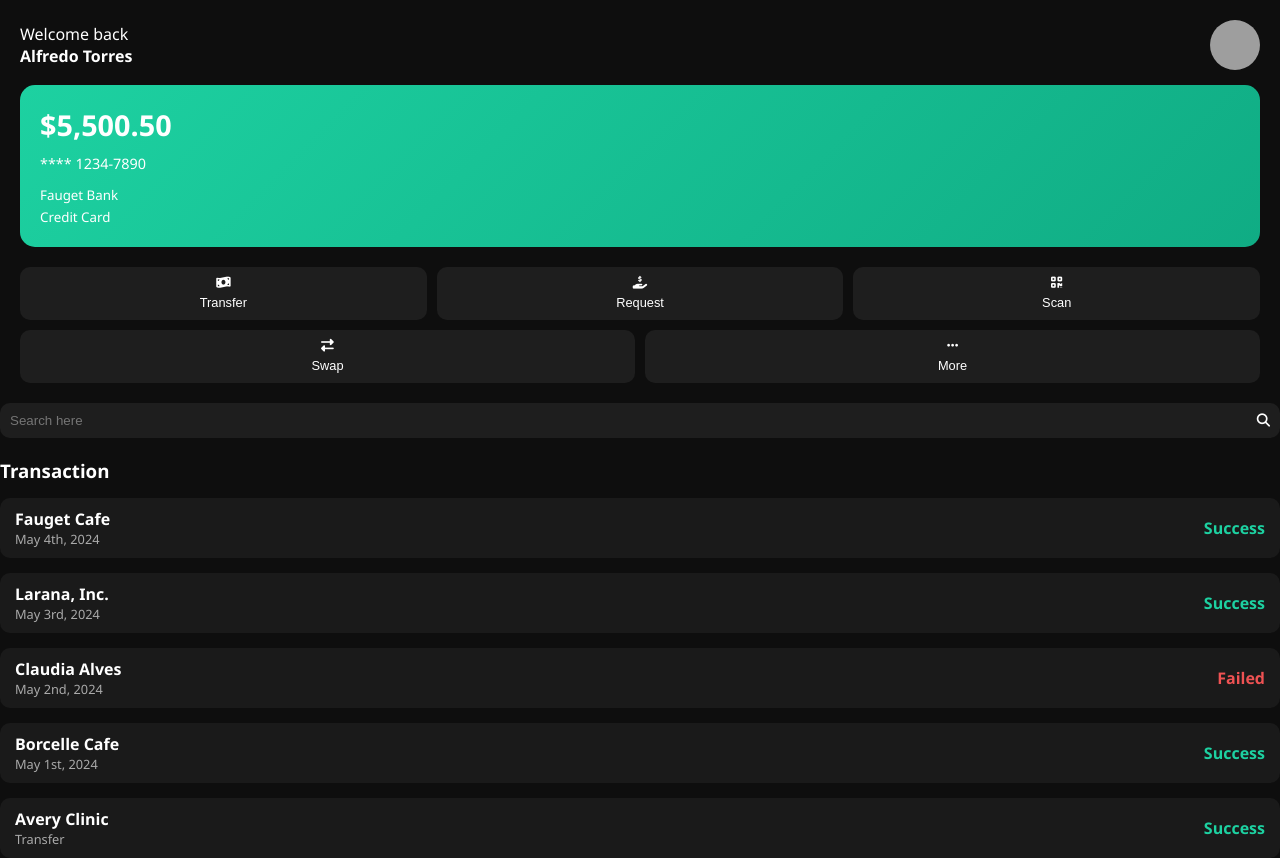
Repository: trenzyfx1/Wells-fargo-bank
Page: homepage.html
These files come from the project's save history. The page is drawn as it stood at one moment and after a run of saves; the edit follows.
The browser window is 1280 px wide. The pictures show the whole page.
Pictures or frames that could not be fetched are drawn as grey boxes. Some web libraries are served in a nearby version.

Above is the page before, as saved 2025-06-19 18:50:43.

### homepage.html
<!DOCTYPE html>
<html lang="en">

<head>
    <meta charset="UTF-8" />
    <meta name="viewport" content="width=device-width, initial-scale=1.0" />
    <title>Dashboard</title>
    <link rel="stylesheet" href="./CSS/homepage.css">
    <script src="https://kit.fontawesome.com/a2e8f1a1b0.js" crossorigin="anonymous"></script>
</head>

<body>
    <div class="dashboard">
        <!-- RIGHT (Profile, Balance, Actions) -->
        <div class="right-panel">
            <div class="profile">
                <p>Welcome back<br><strong>Alfredo Torres</strong></p>
                <img src="profile.jpg" alt="User" />
            </div>

            <div class="balance-card">
                <p class="balance">$5,500.50</p>
                <p class="card-info">**** 1234-7890</p>
                <small>Fauget Bank<br>Credit Card</small>
            </div>

            <div class="actions">
                <button><i class="fas fa-money-bill-wave"></i><span>Transfer</span></button>
                <button><i class="fas fa-hand-holding-usd"></i><span>Request</span></button>
                <button><i class="fas fa-qrcode"></i><span>Scan</span></button>
                <button><i class="fas fa-exchange-alt"></i><span>Swap</span></button>
                <button><i class="fas fa-ellipsis-h"></i><span>More</span></button>
            </div>
        </div>
    </div>

    <!-- LEFT (Transactions) -->
        <div class="left-panel">
            <div class="search-bar">
                <input type="text" placeholder="Search here">
                <button><i class="fas fa-search"></i></button>
            </div>

            <div class="transactions">
                <h3>Transaction</h3>
                <div class="transaction">
                    <div>
                        <strong>Fauget Cafe</strong>
                        <p>May 4th, 2024</p>
                    </div>
                    <span class="success">Success</span>
                </div>
                <div class="transaction">
                    <div>
                        <strong>Larana, Inc.</strong>
                        <p>May 3rd, 2024</p>
                    </div>
                    <span class="success">Success</span>
                </div>
                <div class="transaction">
                    <div>
                        <strong>Claudia Alves</strong>
                        <p>May 2nd, 2024</p>
                    </div>
                    <span class="failed">Failed</span>
                </div>
                <div class="transaction">
                    <div>
                        <strong>Borcelle Cafe</strong>
                        <p>May 1st, 2024</p>
                    </div>
                    <span class="success">Success</span>
                </div>
                <div class="transaction">
                    <div>
                        <strong>Avery Clinic</strong>
                        <p>Transfer</p>
                    </div>
                    <span class="success">Success</span>
                </div>
            </div>
        </div>
</body>

</html>

### CSS/homepage.css
* {
    margin: 0;
    padding: 0;
    box-sizing: border-box;
}

body {
    font-family: 'Segoe UI', sans-serif;
    background: #0e0e0e;
    color: white;
}

.dashboard {
    display: flex;
    flex-direction: column;
    gap: 20px;
    padding: 20px;
}

.profile {
    display: flex;
    justify-content: space-between;
    align-items: center;
}

.profile img {
    width: 50px;
    height: 50px;
    border-radius: 50%;
}

.balance-card {
    background: linear-gradient(135deg, #1dd1a1, #10ac84);
    padding: 20px;
    border-radius: 15px;
    color: #fff;
    margin-top: 15px;
}

.balance-card .balance {
    font-size: 1.8rem;
    font-weight: bold;
}

.card-info {
    margin: 10px 0;
    font-size: 0.9rem;
}

.actions {
    display: flex;
    flex-wrap: wrap;
    gap: 10px;
    margin-top: 20px;
}

.actions button {
    background: #1e1e1e;
    border: none;
    color: #fff;
    padding: 10px;
    border-radius: 10px;
    flex: 1 1 28%;
    display: flex;
    flex-direction: column;
    align-items: center;
    font-size: 0.8rem;
    gap: 5px;
    cursor: pointer;
}

.search-bar {
    display: flex;
    margin-bottom: 20px;
}

.search-bar input {
    flex: 1;
    padding: 10px;
    border: none;
    border-radius: 10px 0 0 10px;
    background: #1e1e1e;
    color: white;
}

.search-bar button {
    background: #1e1e1e;
    border: none;
    color: white;
    padding: 10px;
    border-radius: 0 10px 10px 0;
    cursor: pointer;
}

.transactions {
    display: flex;
    flex-direction: column;
    gap: 15px;
}

.transaction {
    background: #1a1a1a;
    padding: 10px 15px;
    border-radius: 10px;
    display: flex;
    justify-content: space-between;
    align-items: center;
}

.transaction p {
    font-size: 0.8rem;
    color: #aaa;
}

.success {
    color: #1dd1a1;
    font-weight: bold;
}

.failed {
    color: #ee5253;
    font-weight: bold;
}

/* Desktop Layout */
@media (min-width: 768px) {
    .dashboard {
        flex-direction: row;
        align-items: flex-start;
        gap: 40px;
    }

    .left-panel {
        flex: 1.5;
    }

    .right-panel {
        flex: 1;
        position: sticky;
        top: 20px;
    }
}

After the next 2 saves:
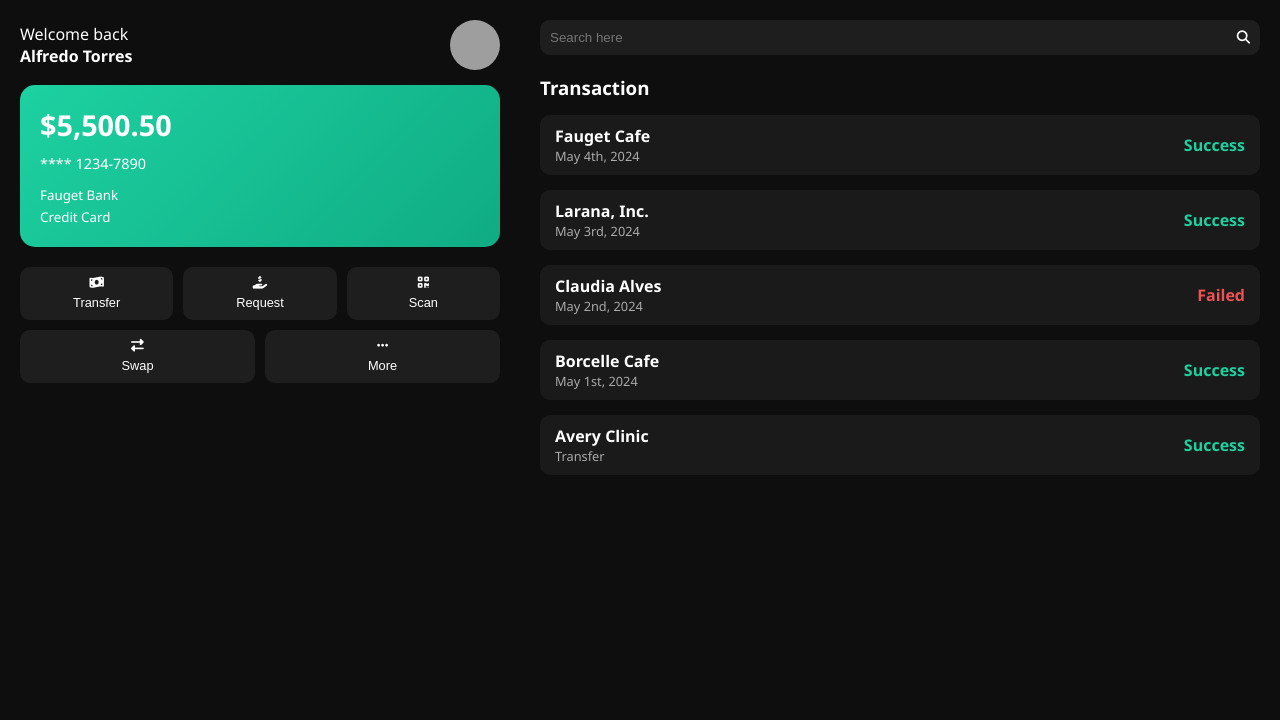
The 2 saves are shown as one change because they came seconds apart.
The last was saved 12 s later.
--- a/homepage.html
+++ b/homepage.html
@@ -32,9 +32,8 @@
                 <button><i class="fas fa-ellipsis-h"></i><span>More</span></button>
             </div>
         </div>
-    </div>
 
-    <!-- LEFT (Transactions) -->
+        <!-- LEFT (Transactions) -->
         <div class="left-panel">
             <div class="search-bar">
                 <input type="text" placeholder="Search here">
@@ -80,6 +79,9 @@
                 </div>
             </div>
         </div>
+    </div>
+
+
 </body>
 
 </html>
